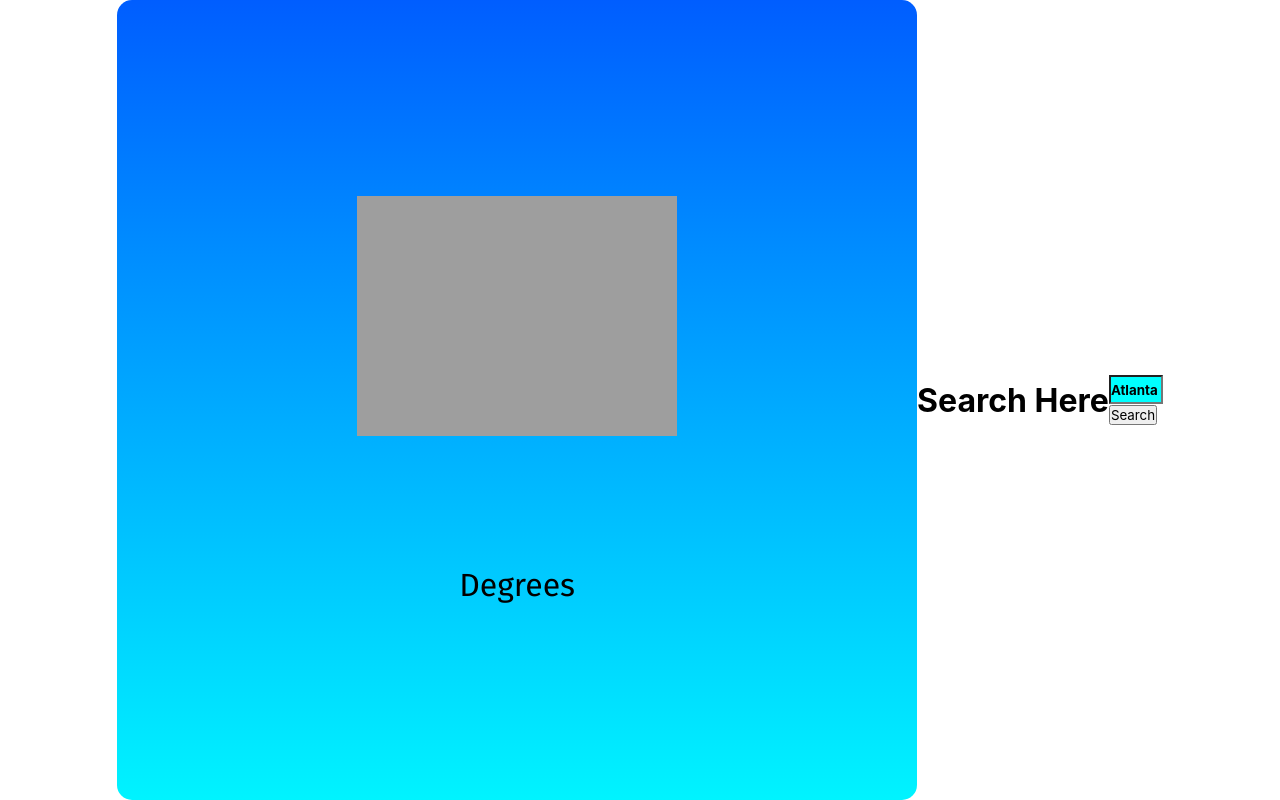
Repository: sayrilamar/chumsweatherapp
Page: /
These files come from the project's save history. The page is drawn as it stood at one moment and after the next save; the edit follows.
The browser window is 1280 px wide. The pictures show the whole page.
Pictures or frames that could not be fetched are drawn as grey boxes. The page's requests for data from a server got no answer. The project was rebuilt for these pictures with package versions that can differ from the ones it lists, and the page was loaded fresh each time. No one was signed in, and anything a server would have sent is missing.

Above is the page before, as saved 2020-04-18 16:57:21.

After the next save:
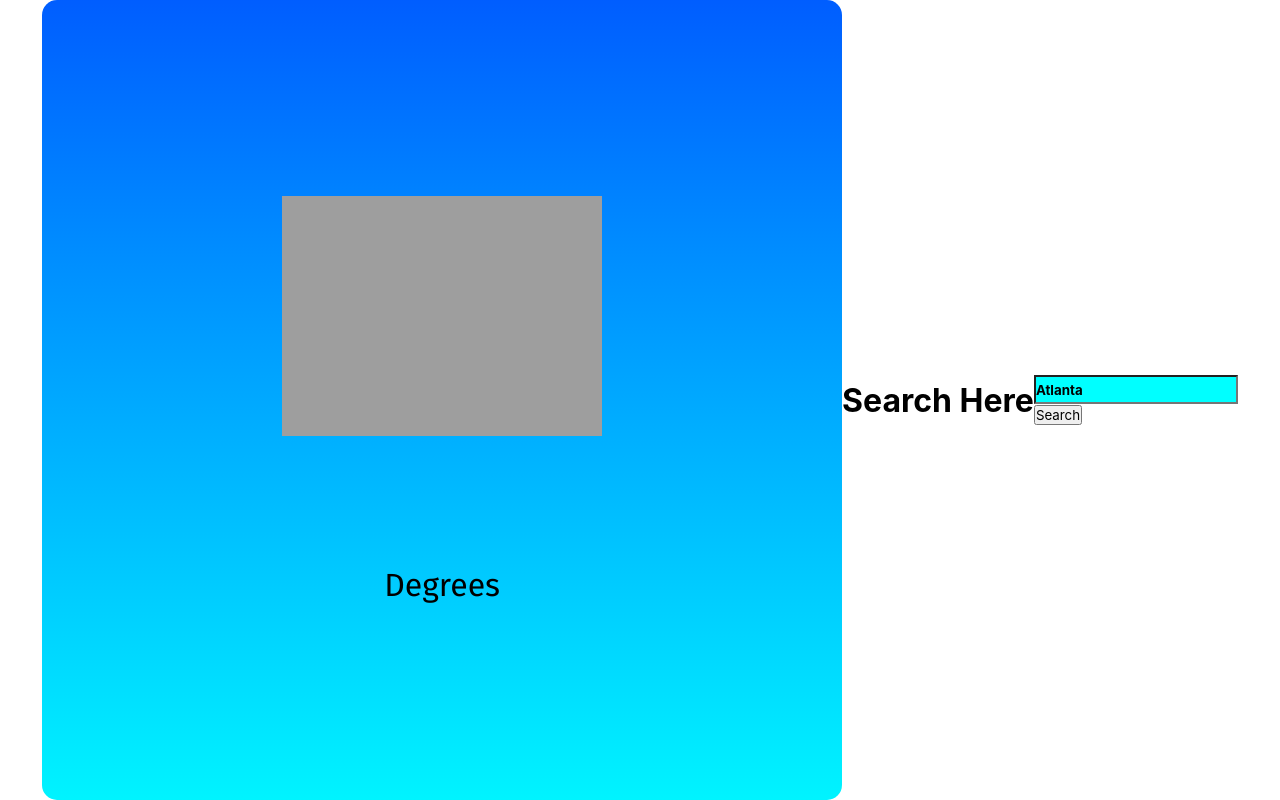
Saved 6 s later.
--- a/src/App.css
+++ b/src/App.css
@@ -16,5 +16,5 @@ h1 {
   background-color: aqua;
   font-weight: bold;
   height: 25px;
-  width: 50px
+  width: 200px
 }
